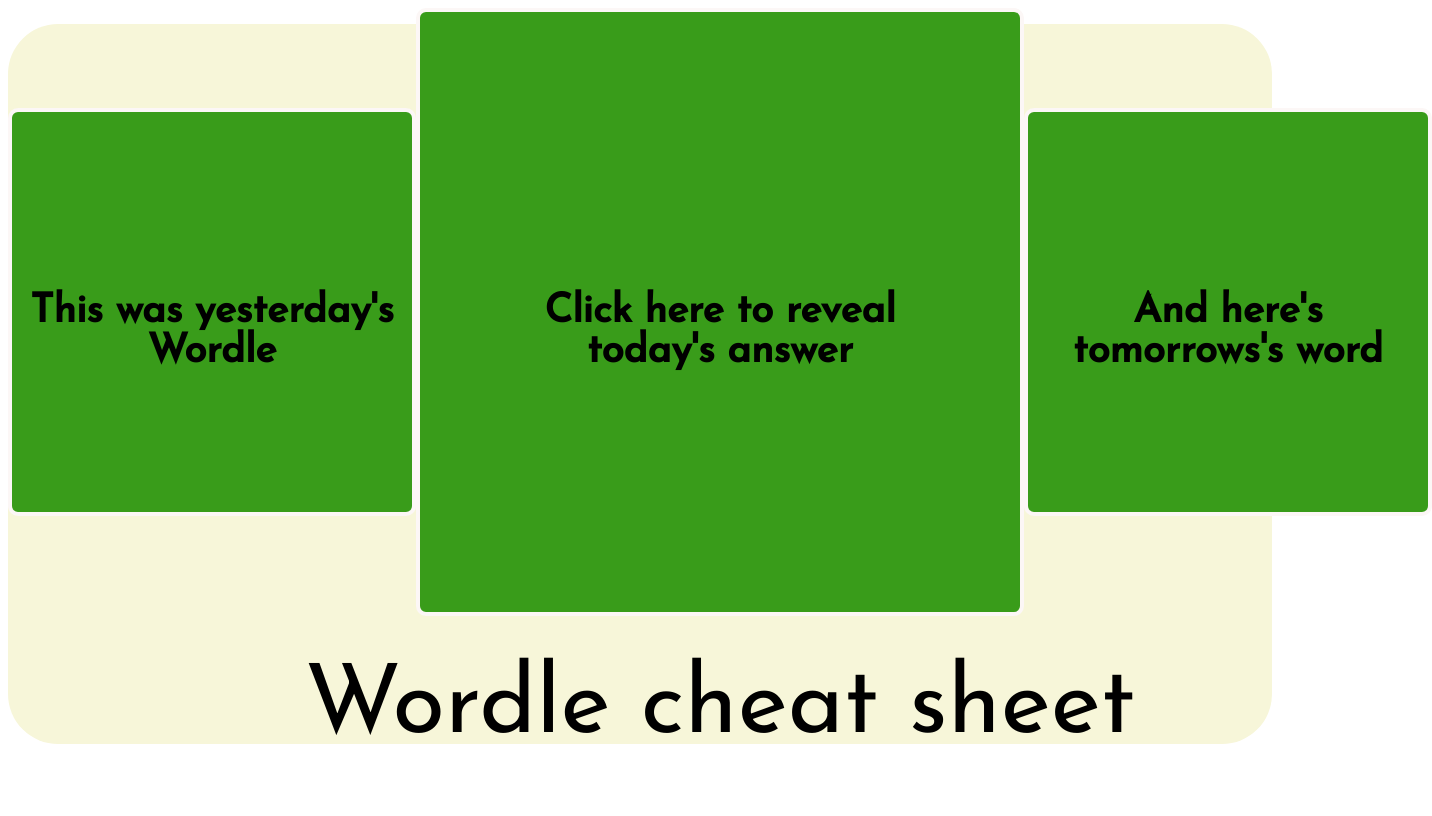
Repository: enoripl/tomorrows-wordle
Page: index.html
These files come from the project's save history. The page is drawn as it stood at one moment and after a run of saves; the edit follows.
The browser window is 1280 px wide. The page is 1432 px wide, so the pictures cover 1432 px, including what lies to the right of the window. The pictures show the whole page.

Above is the page before, as saved 2022-02-09 19:19:05.

### index.html
<!DOCTYPE html>
<html lang="en">
  <head>
    <meta charset="UTF-8" />
    <meta http-equiv="X-UA-Compatible" content="IE=edge" />
    <meta name="viewport" content="width=device-width, initial-scale=1.0" />
    <link rel="stylesheet" href="styles.css" />
    <link
    rel="stylesheet"
    href="https://cdnjs.cloudflare.com/ajax/libs/animate.css/4.1.1/animate.min.css"
  />
    <script type="text/javascript" src="script.js" defer></script>
    <title>Today's (and tommorow's Wordle)</title>
  </head>
  <body>
    <main class="main-content">
      <div class="buttons-section">
        <div class="buttons-group">
          <div class="answer-btns" id="yesterdays-btn">
            This was yesterday's Wordle
          </div>
          <div class="answer-btns" id="todays-btn">
            Click here to reveal
            today's answer
          </div>
          <div class="answer-btns" id="tomorrows-btn">
            And here's tomorrows's word
          </div>
        </div>
      </div>
      <div class="logo-section">
        <div class="logo">Wordle cheat sheet</div>
    </main>
    </header>
  </body>
</html>

### styles.css
@import url("https://fonts.googleapis.com/css2?family=Josefin+Sans:wght@300;400;500&display=swap");

body {
  font-family: "Josefin Sans", sans-serif;
  white-space: pre-line;
}

.main-content {
    height: 100vh;
display: grid;
grid-template-rows: 80% 30%;
  background-color: rgb(247, 246, 217);
    border-radius: 50px;
}

.buttons-section {
    display: flex;
    justify-content: center;
    align-items: center;
}

.buttons-group {
  display: flex;
  align-items: center;
}

.answer-btns {
  display: flex;
  justify-content: center;
  align-items: center;
  text-align: center;
  background-color: rgb(57, 156, 26);
  height: 400px;
  width: 400px;
  font-size: 2.5rem;
  font-weight: 600;
  border-radius: 10px;
  border: 4px solid rgb(252, 247, 246);
}

#todays-btn {
  height: 600px;
  width: 600px;
}

.answer-text {
  font-size: 5rem;
  font-weight: 800;
}

.logo-section {
  display: flex;
  justify-content: center;
  align-items: center;
  font-size: 6rem;
}

Loaded but not shown: script.js (2355 lines, source omitted)

After the next 2 saves:
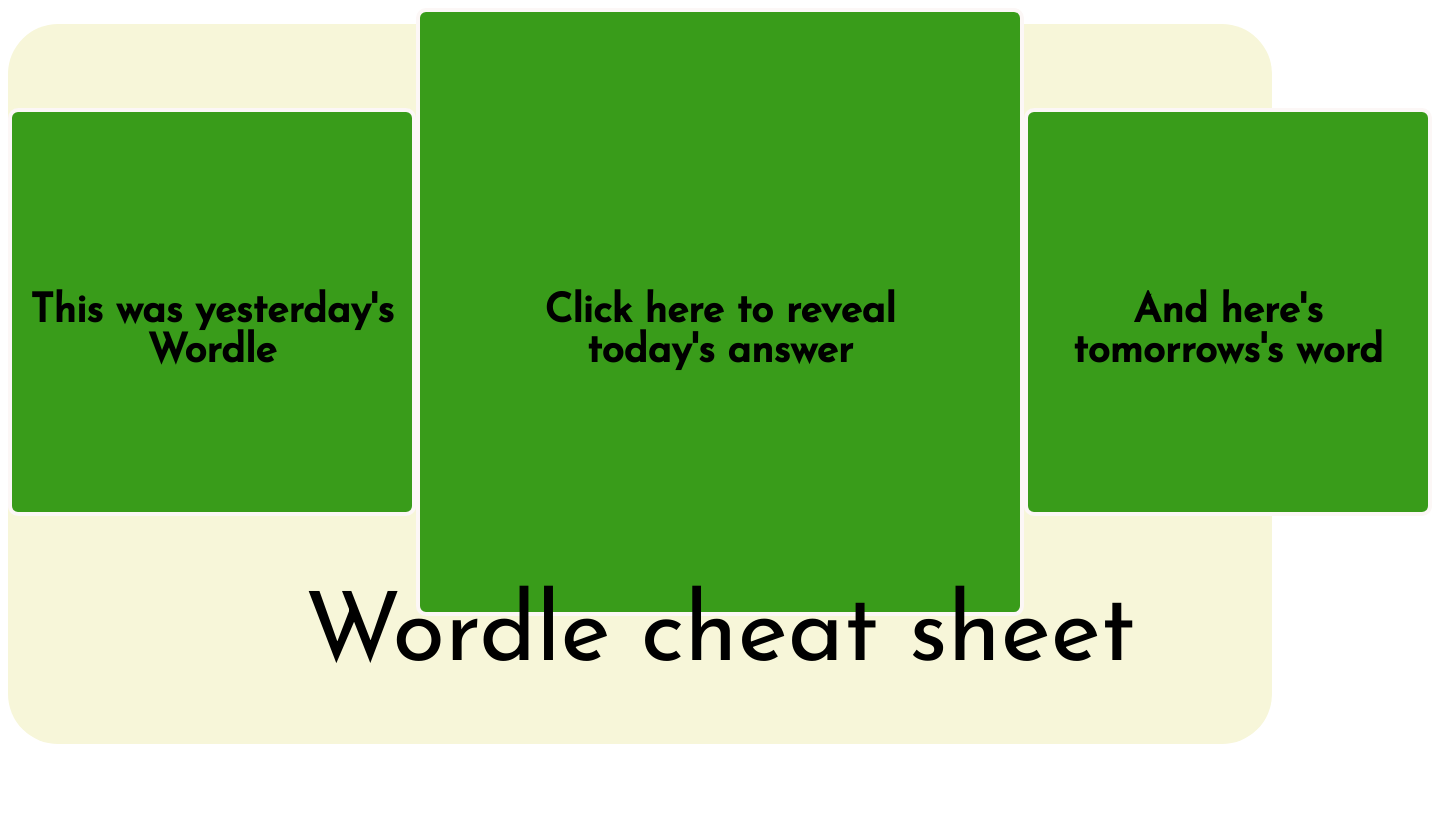
The 2 saves are shown as one change because they came seconds apart.
The last was saved 6 s later.
--- a/styles.css
+++ b/styles.css
@@ -8,7 +8,7 @@
 .main-content {
     height: 100vh;
 display: grid;
-grid-template-rows: 80% 30%;
+grid-template-rows: 80% 10%;
   background-color: rgb(247, 246, 217);
     border-radius: 50px;
 }
